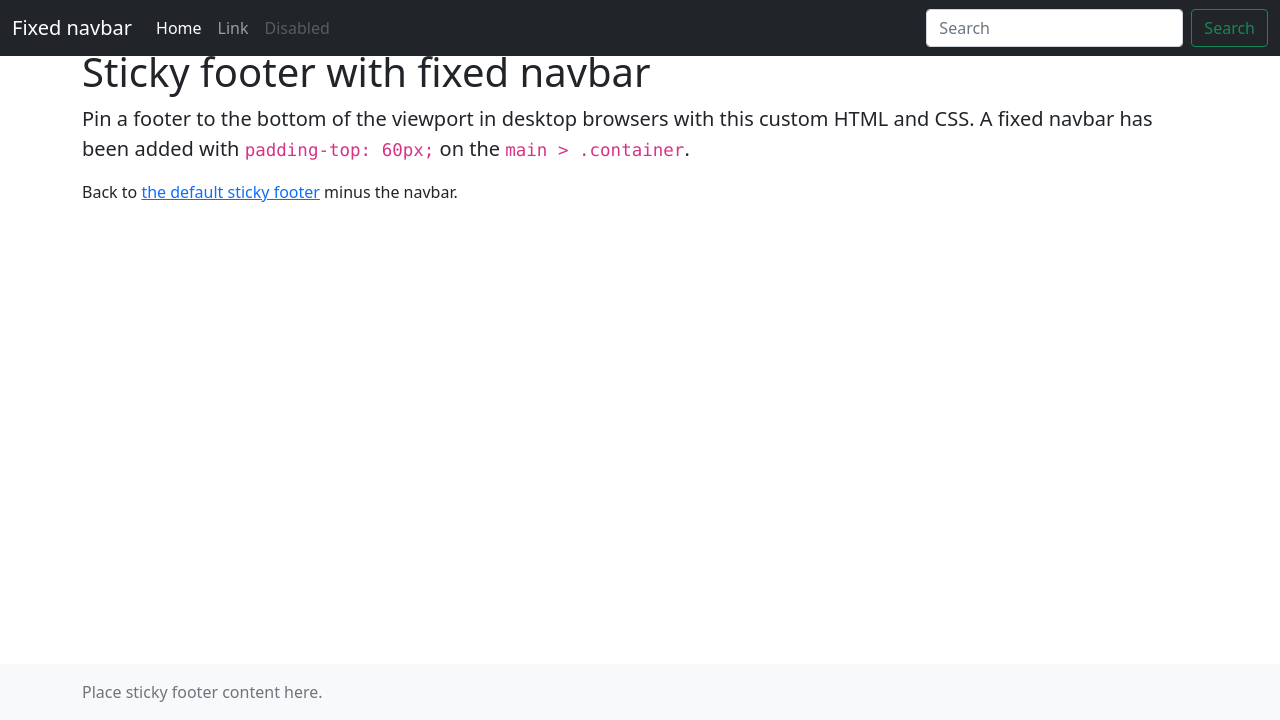
Repository: owuraku/laravel-class-dbc-26-1
Page: http://localhost/
An editor plug-in stored every save of this project. The page is shown before and after the next save, followed by the edit.
The browser window is 1280 px wide. The pictures show the whole page.
The page is served by the project's Laravel application, run on PHP 8.4 with Laravel 8.

Above is the page before, as saved 2022-02-03 12:44:10.

After the next save:
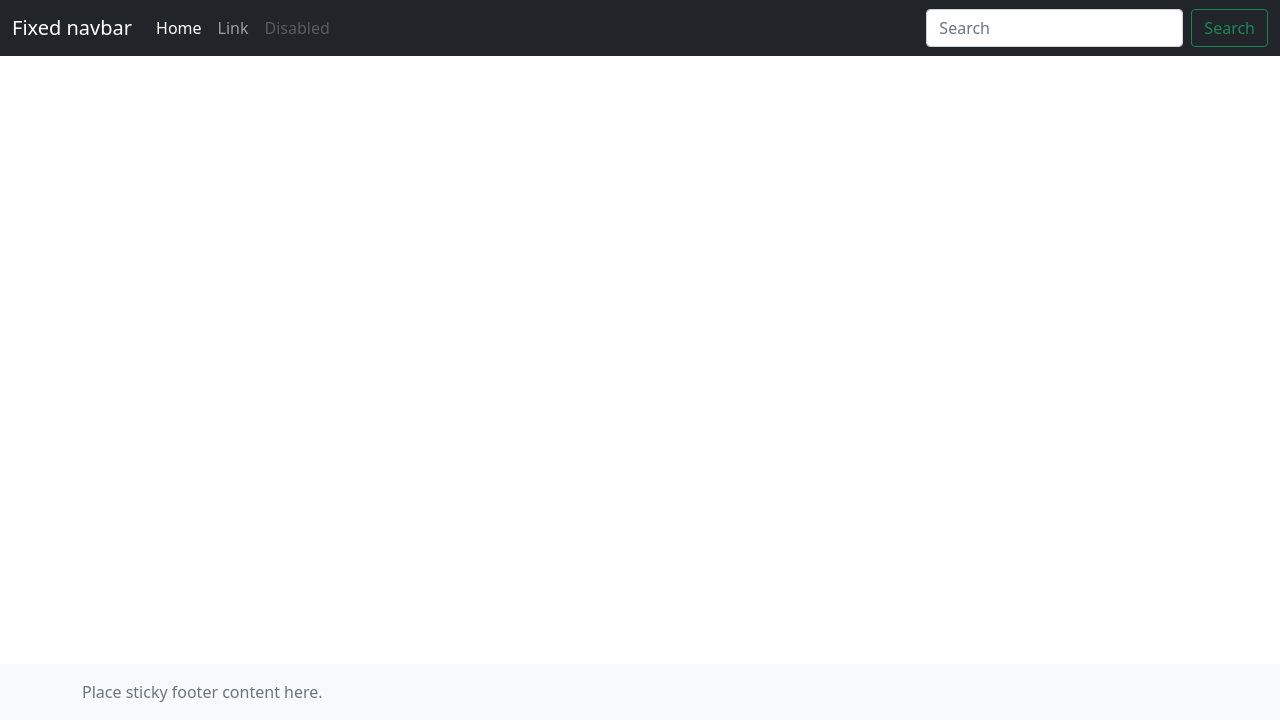
Saved 79 s later.
--- a/resources/views/layout/master.blade.php
+++ b/resources/views/layout/master.blade.php
@@ -66,9 +66,7 @@
 <!-- Begin page content -->
 <main class="flex-shrink-0">
   <div class="container">
-    <h1 class="mt-5">Sticky footer with fixed navbar</h1>
-    <p class="lead">Pin a footer to the bottom of the viewport in desktop browsers with this custom HTML and CSS. A fixed navbar has been added with <code class="small">padding-top: 60px;</code> on the <code class="small">main &gt; .container</code>.</p>
-    <p>Back to <a href="../examples/sticky-footer/">the default sticky footer</a> minus the navbar.</p>
+
   </div>
 </main>
 
